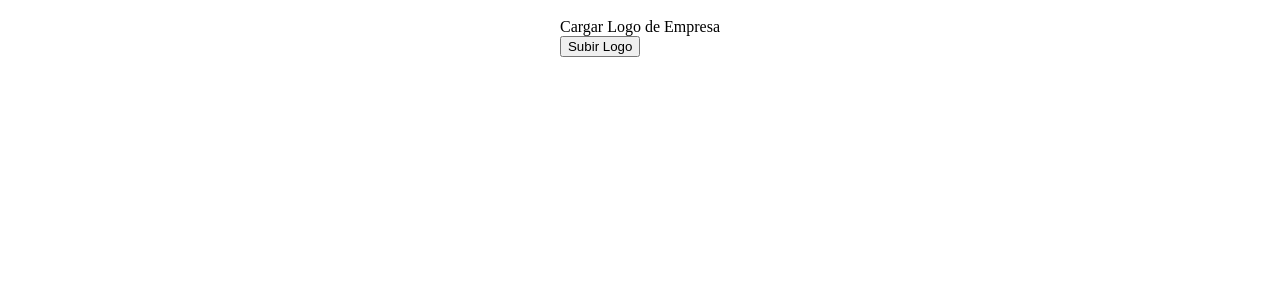
Repository: DeboradorDeMundos/programa_cotizacion
Page: http://localhost/Cotizacion_css_ITred_Spa_/php/nueva_cotizacion/cargar_logo_empresa.php
The author's editor kept a copy of each file at every save. The page is drawn from the files as they stood at one save, then again after the next save.
The browser window is 1280 px wide. The pictures show the whole page.
The page is run by PHP 8.4 with error messages shown; the project is at /var/www/html/.

Above is the page before, as saved 2024-09-06 11:40:05.

After the next save:
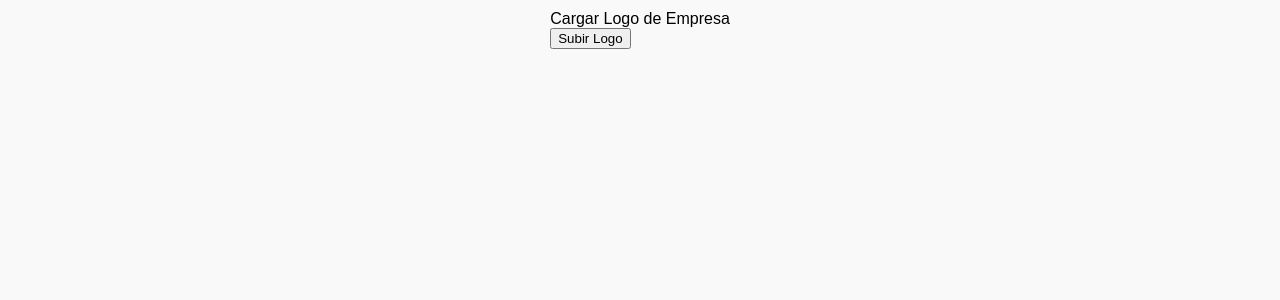
Saved 118 s later.
--- a/css/nueva_cotizacion/cargar_logo_empresa.css
+++ b/css/nueva_cotizacion/cargar_logo_empresa.css
@@ -13,22 +13,42 @@
 /* --------------------------------------------------------------------------------------------------------------
     -------------------------------------- INICIO ITred Spa Cargar Logo Empresa .CSS --------------------------------------
     ------------------------------------------------------------------------------------------------------------- */
-    .box-6,
-    .box-12 {
-      display: flex;
-      flex-direction: column;
-    }
+    body {
+        font-family: Arial, sans-serif;
+        margin: 0;
+        padding: 0;
+        background-color: #f9f9f9;
+      }
 
-    .box-6 {
-      flex: 1;
-      padding: 10px;
-    }
+      .container {
+        width: 100%;
+        padding: 20px;
+        box-sizing: border-box;
+      }
 
-    .row {
+      .row {
         display: flex;
         flex-wrap: wrap;
         margin-bottom: 20px;
       }
+
+      .box-6,
+      .box-12 {
+        display: flex;
+        flex-direction: column;
+      }
+
+      .box-6 {
+        flex: 1;
+        padding: 10px;
+      }
+
+      .box-12 {
+        flex: 1;
+        max-width: 100%;
+        padding: 10px;
+      }
+
       .logo-box {
         display: flex;
         align-items: center;
@@ -48,6 +68,7 @@
       }
 
 
+
 /* --------------------------------------------------------------------------------------------------------------
     ---------------------------------------- FIN ITred Spa Cargar Logo Empresa .CSS ---------------------------------------
     ------------------------------------------------------------------------------------------------------------- */

After the save that followed:
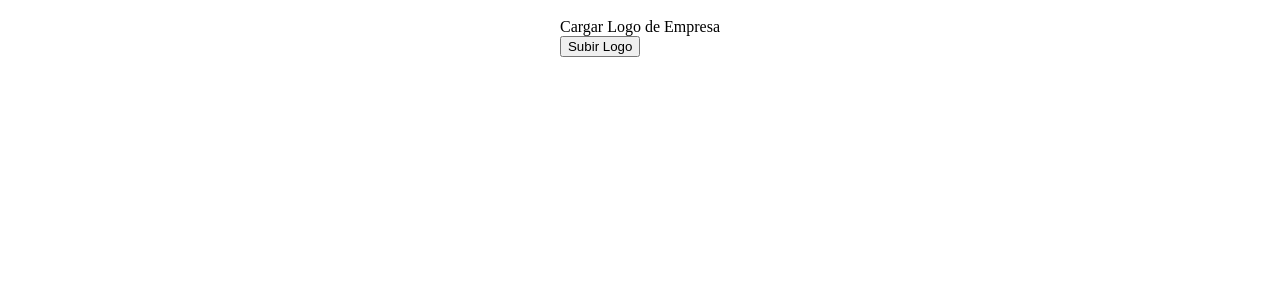
Saved 75 s later.
--- a/css/nueva_cotizacion/cargar_logo_empresa.css
+++ b/css/nueva_cotizacion/cargar_logo_empresa.css
@@ -13,12 +13,6 @@
 /* --------------------------------------------------------------------------------------------------------------
     -------------------------------------- INICIO ITred Spa Cargar Logo Empresa .CSS --------------------------------------
     ------------------------------------------------------------------------------------------------------------- */
-    body {
-        font-family: Arial, sans-serif;
-        margin: 0;
-        padding: 0;
-        background-color: #f9f9f9;
-      }
 
       .container {
         width: 100%;
